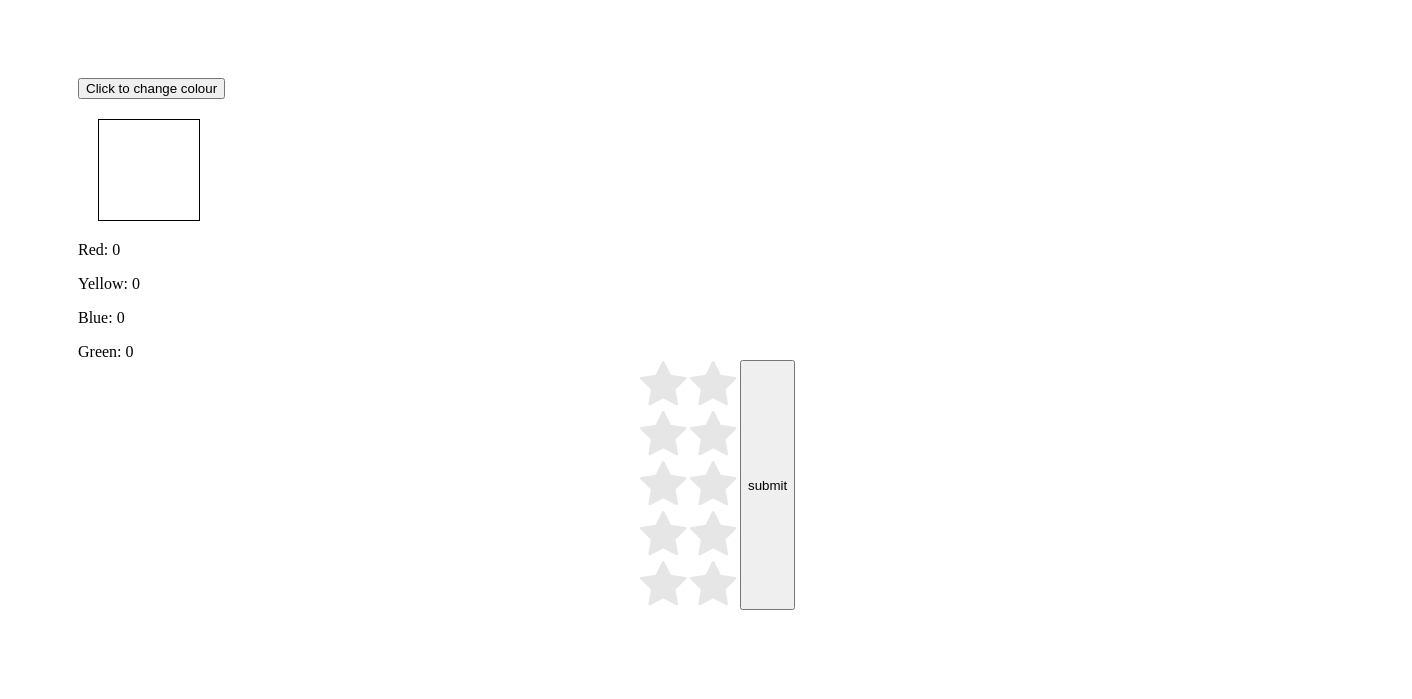
Repository: samalty/star-rating-system-js-test
Page: home.html
The author's editor kept a record of every edit. The page is drawn from the files as they stood at one moment, then again after the next edit.
The browser window is 1280 px wide. The page is 1412 px wide, so the pictures cover 1412 px, including what lies to the right of the window. The pictures show the whole page.

Above is the page before.

### home.html
<html>
    <head>
        <meta charset="utf-8">
        <title>Home</title>
        <link rel="stylesheet" href="styles.css">
        <link href="https://stackpath.bootstrapcdn.com/font-awesome/4.7.0/css/font-awesome.min.css" rel="stylesheet" integrity="sha384-wvfXpqpZZVQGK6TAh5PVlGOfQNHSoD2xbE+QkPxCAFlNEevoEH3Sl0sibVcOQVnN" crossorigin="anonymous">
        <script src="custom.js" charset="utf-8"></script>
    </head>
    <body>
        <div class="container">
            <button class="click" id="colour" onclick="colours()">Click to change colour</button>
            <div class="colourDiv" id="changeColour"></div>
            <div class="scores">
                <p>Red: <span id="redScore">0</span></p>
                <p>Yellow: <span id="yellowScore">0</span></p>
                <p>Blue: <span id="blueScore">0</span></p>
                <p>Green: <span id="greenScore">0</span></p>
            </div>
        </div>
        <div class="container">
            <form name="stars" class="starsForm" onsubmit="return overallRating()">
                <div class="starContainer1">
                    <input type="radio" name="star" class="star" id="star5" value="5"><label for="star5">
                    </label>
                    <input type="radio" name="star" class="star" id="star4" value="4"><label for="star4">
                    </label>
                    <input type="radio" name="star" class="star" id="star3" value="3"><label for="star3">
                    </label>
                    <input type="radio" name="star" class="star" id="star2" value="2"><label for="star2">
                    </label>
                    <input type="radio" name="star" class="star" id="star1" value="1"><label for="star1">
                    </label>
                </div>
                <br>
                <div class="starContainer2">
                    <input type="radio" name="star" class="star" id="star5" value="5"><label for="star5">
                    </label>
                    <input type="radio" name="star" class="star" id="star4" value="4"><label for="star4">
                    </label>
                    <input type="radio" name="star" class="star" id="star3" value="3"><label for="star3">
                    </label>
                    <input type="radio" name="star" class="star" id="star2" value="2"><label for="star2">
                    </label>
                    <input type="radio" name="star" class="star" id="star1" value="1"><label for="star1">
                    </label>
                </div>
                <input type="submit" class="submit" value="submit">
            </form>
        </div>
    </body>
</html>

### styles.css
/* Random colour generator */

.container{
    width: 100%;
    padding: 70px;
}
.red{
    background-color: red;
}
.yellow{
    background-color: yellow;
}
.blue{
    background-color: blue;
}
.green{
    background-color: green;
}
.colourDiv{
    height: 100px;
    width: 100px;
    border: solid 1px black;
    margin: 20px;
}

/* Star1 */

.starsForm{
    position: absolute;
    top: 50%;
    left: 50%;
    display: flex;
}
.fundingStarContainer{
    display: flex;
    margin: 0;
    transform: translate(-50%, -50%) rotateY(180deg);
    border: 1px solid black;
}
.star{
    display: none;
}

.starsForm label{
    display: block;
    cursor: pointer;
    width: 50px;
}
.starsForm label:before{
    content: '\f005';
    font-family: fontAwesome;
    position: relative;
    display: block;
    font-size: 50px;
    color: #e6e6e6;
}
.starsForm label:after{
    content: '\f005';
    font-family: fontAwesome;
    position: absolute;
    display: block;
    font-size: 50px;
    color: #ffd11a;
    top: 0;
    opacity: 0;
    transition: .5s;
    text-shadow: 0 2px 5px rgba(0,0,0,.5);
}
.starsForm label:hover:after,
.starsForm label:hover ~ label:after,
.starsForm input:checked ~ label:after{
    opacity: 1;
}

/* Star2 */

.con{
    height: 60px;
    width: 330px;
    position: absolute;
    margin: auto;
    left: 0;
    right: 0;
    top: 0;
    bottom: 0;
}

.fa-star{
    font-size: 200px;
    color: #e6e6e6;
    cursor: pointer;
}

### custom.js
var redCount = 0;
var yellowCount = 0;
var blueCount = 0;
var greenCount = 0;

const redScoreCount = document.getElementById('redScore');
const yellowScoreCount = document.getElementById('yellowScore');
const blueScoreCount = document.getElementById('blueScore');
const greenScoreCount = document.getElementById('greenScore');

const colour_button = document.getElementById('colour');

function colours(red, yellow, blue, green){

    var background = document.getElementById('changeColour');
    var number = Math.floor(Math.random() * 4);
    console.log(number);

    if (number == 0) {
        redCount++;
        document.getElementById("redScore").innerHTML = redCount;
        background.classList.remove('yellow', 'blue', 'green');
        background.classList.add('red');
    }
    if (number == 1) {
        yellowCount++;
        document.getElementById("yellowScore").innerHTML = yellowCount;
        background.classList.remove('red', 'blue', 'green');
        background.classList.add('yellow');
    }
    if (number == 2) {
        blueCount++;
        document.getElementById("blueScore").innerHTML = blueCount;
        background.classList.remove('red', 'yellow', 'green');
        background.classList.add('blue');
    }
    if (number == 3) {
        greenCount++;
        document.getElementById("greenScore").innerHTML = greenCount;
        background.classList.remove('red', 'yellow', 'blue');
        background.classList.add('green');
    }

}

function overallRating(){
    var x = document.forms["stars"]["fundingStar"].value;
    var y = document.forms["stars"]["mentoringStar"].value;
    var z = document.forms["stars"]["otherStar"].value;
    var o = ((x + y + z) / 3);
    console.log("You have given X a rating of " + x + " for funding.");
    console.log("You have given X a rating of " + y + " for mentoring.");
    console.log("You have given X a rating of " + z + " for other.");
}

After the next edit:
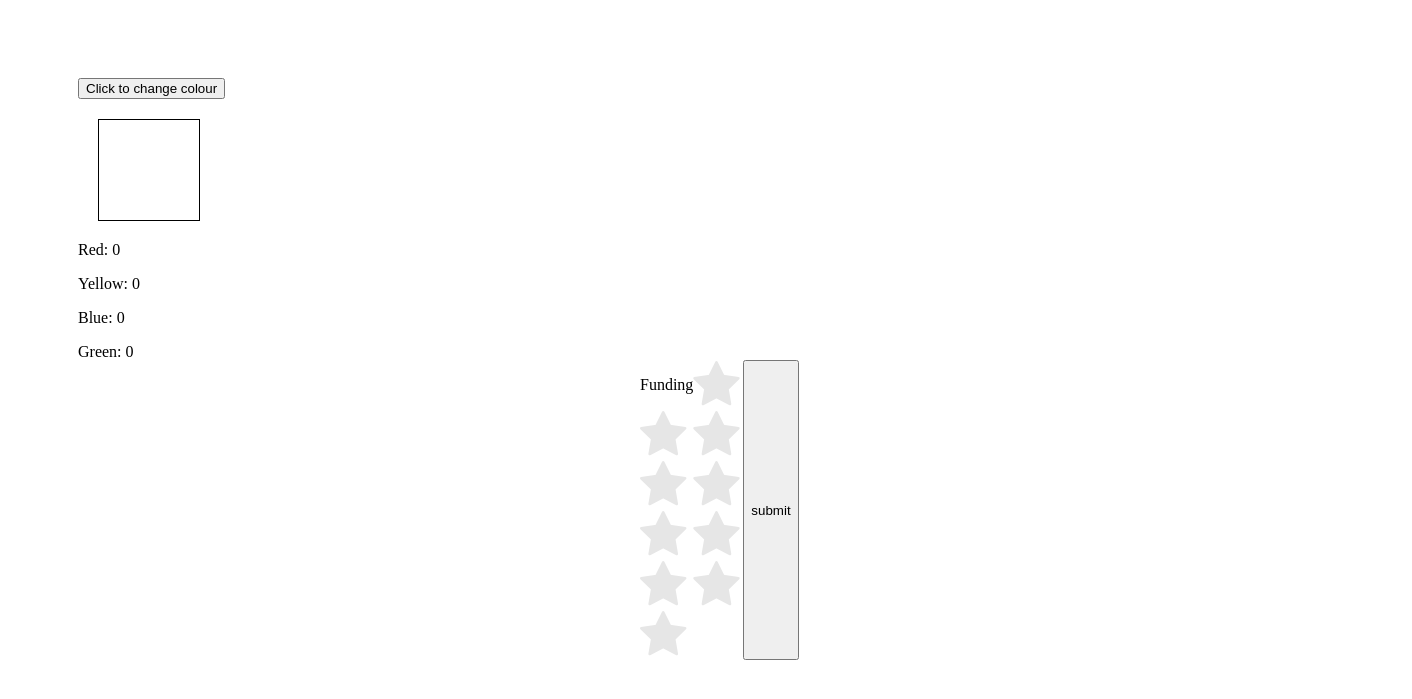
The edit:
--- a/home.html
+++ b/home.html
@@ -20,6 +20,7 @@
         <div class="container">
             <form name="stars" class="starsForm" onsubmit="return overallRating()">
                 <div class="starContainer1">
+                    <p>Funding</p>
                     <input type="radio" name="star" class="star" id="star5" value="5"><label for="star5">
                     </label>
                     <input type="radio" name="star" class="star" id="star4" value="4"><label for="star4">
